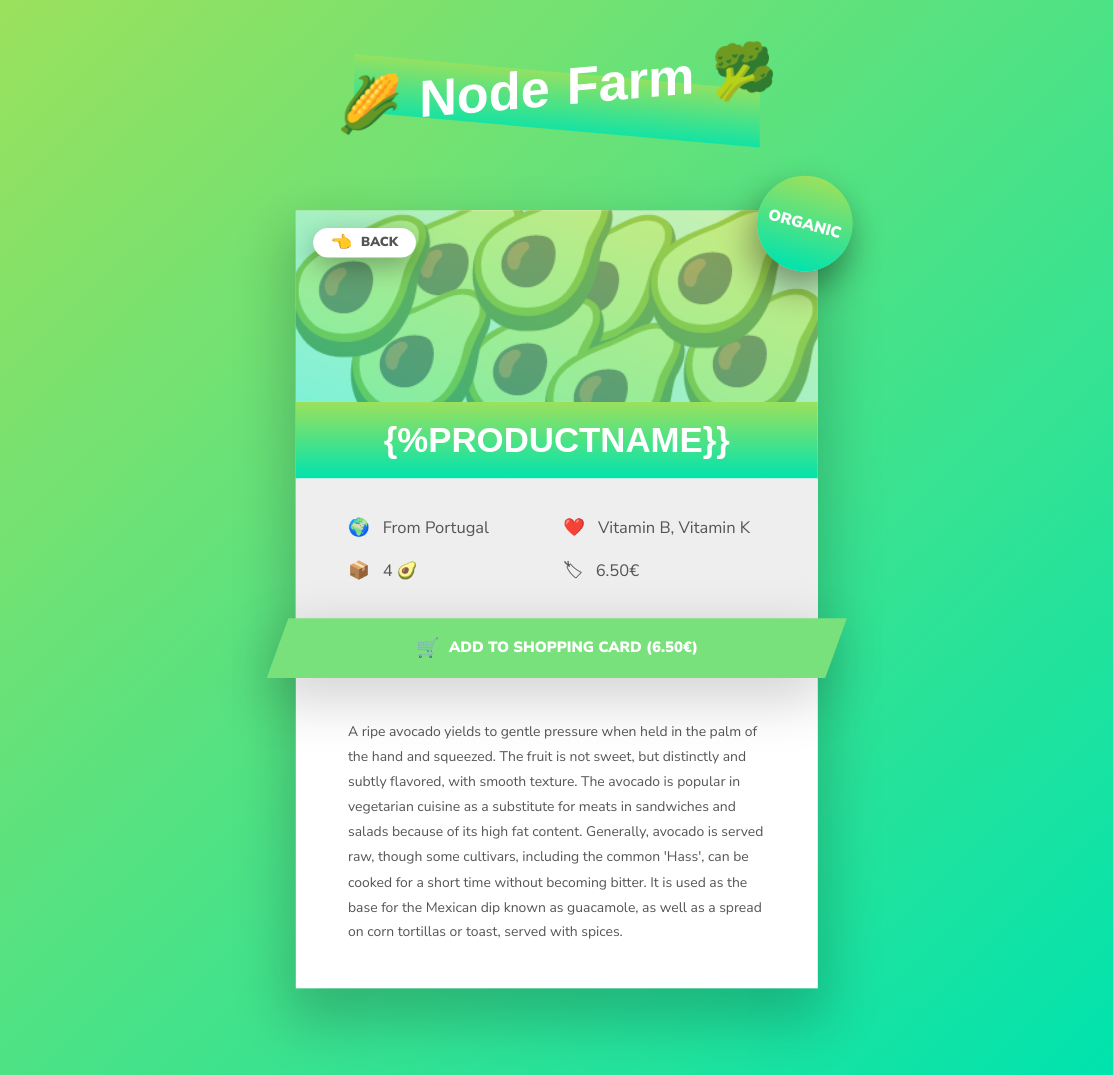
Repository: Tiantian-C/node2
Page: templates/product.html
An editor plug-in stored every save of this project. The page is shown before and after the next save, followed by the edit.
The browser window is 1280 px wide. The pictures show the whole page, at 87% of full size.
Some web fonts or font styles are not loaded; a fallback is used.

Above is the page before, as saved 2023-07-15 15:26:34.

### templates/product.html
<!DOCTYPE html>
<html lang="en">
  <head>
    <meta charset="UTF-8" />
    <meta name="viewport" content="width=device-width, initial-scale=1.0" />
    <meta http-equiv="X-UA-Compatible" content="ie=edge" />
    <link
      href="https://fonts.googleapis.com/css?family=Megrim|Nunito+Sans:400,900"
      rel="stylesheet"
    />
    <link
      rel="icon"
      href="https://emojipedia-us.s3.dualstack.us-west-1.amazonaws.com/thumbs/240/apple/155/ear-of-maize_1f33d.png"
    />

    <title>Fresh Avocados 🥑 /// NODE FARM</title>

    <style>
      *,
      *::before,
      *::after {
        margin: 0;
        padding: 0;
        box-sizing: inherit;
      }

      html {
        font-size: 62.5%;
        box-sizing: border-box;
      }

      body {
        padding: 5rem 5rem 10rem;
        line-height: 1.7;
        font-family: 'Nunito Sans', sans-serif;
        color: #555;
        min-height: 100vh;
        background: linear-gradient(to bottom right, #9be15d, #00e3ae);
      }

      h1 {
        font-family: 'Megrim', sans-serif;
        font-size: 6rem;
        color: white;
        transform: skewY(-5deg);
        text-align: center;
        position: relative;
        word-spacing: 3px;
      }

      h1::before {
        content: '';
        display: block;
        height: 65%;
        width: 49%;
        position: absolute;
        top: 105%;
        left: 50%;
        background: linear-gradient(to bottom, #9be15d, #00e3ae);
        opacity: 0.8;
        z-index: -1;
        transform: skewY(370deg) translate(-50%, -50%);
      }

      .container {
        width: 95rem;
        margin: 0 auto;
      }

      .product {
        width: 60rem;
        margin: 0 auto;
        margin-top: 9rem;
        background: white;
        box-shadow: 0 3rem 6rem 1rem rgba(0, 0, 0, 0.2);
        position: relative;
      }

      .product__hero {
        position: relative;
        height: 22rem;
        overflow: hidden;
      }

      .product__hero::before {
        content: '';
        display: block;
        height: 100%;
        width: 100%;
        position: absolute;
        top: 0;
        left: 0;
        background-image: linear-gradient(to left bottom, #9be15d, #00e3ae);
        opacity: 0.5;
        z-index: 100;
      }

      .product__emoji {
        font-size: 15rem;
        position: absolute;
      }

      .product__emoji--1 {
        top: -4rem;
        left: -2rem;
        z-index: 10;
      }

      .product__emoji--2 {
        top: -6rem;
        left: 9rem;
      }

      .product__emoji--3 {
        top: -4rem;
        right: 15rem;
      }

      .product__emoji--4 {
        top: -5rem;
        right: 2rem;
        z-index: 10;
      }

      .product__emoji--5 {
        bottom: -9rem;
        left: 18rem;
      }

      .product__emoji--6 {
        bottom: -8rem;
        left: 5rem;
      }

      .product__emoji--7 {
        bottom: -12rem;
        right: 14rem;
      }

      .product__emoji--8 {
        bottom: -8rem;
        right: -2rem;
      }

      .product__emoji--9 {
        top: -7rem;
        left: 19rem;
      }

      .product__organic {
        position: absolute;
        top: -4rem;
        right: -4rem;
        z-index: 1000;
        height: 11rem;
        width: 11rem;
        background-image: linear-gradient(to bottom, #9be15d, #00e3ae);
        border-radius: 50%;
        transform: rotate(15deg);
        box-shadow: 0 2rem 4rem rgba(0, 0, 0, 0.4);
        display: flex;
        align-items: center;
        justify-content: center;
      }

      .product__organic h5 {
        font-weight: 900;
        text-transform: uppercase;
        font-size: 1.8rem;
        color: white;
      }

      .product__back:link,
      .product__back:visited {
        position: absolute;
        top: 2rem;
        left: 2rem;
        font-size: 1.5rem;
        font-weight: 700;
        text-transform: uppercase;
        text-decoration: none;
        z-index: 1000;
        color: #555;
        background-color: white;
        box-shadow: 0 1rem 3rem rgba(0, 0, 0, 0.3);
        border-radius: 100rem;
        padding: 0 2rem;
        transition: all 0.3s;
        display: flex;
        align-items: center;
      }

      .product__back:hover,
      .product__back:active {
        background-color: #79e17b;
      }

      .product__name {
        background: linear-gradient(to bottom, #9be15d, #00e3ae);
        padding: 1rem;
        font-family: 'Megrim', sans-serif;
        font-size: 4rem;
        color: white;
        text-align: center;
        word-spacing: 2px;
      }

      .product__details {
        background-color: #eee;
        padding: 4rem 6rem;
        font-size: 1.9rem;
        display: grid;
        grid-template-columns: 1fr 1fr;
        grid-gap: 1.5rem;
      }

      .product__description {
        padding: 5rem 6rem;
        font-size: 1.6rem;
        line-height: 1.8;
      }

      .product__link:link,
      .product__link:visited {
        display: block;
        background-color: #79e17b;
        color: white;
        font-size: 1.6rem;
        font-weight: 700;
        text-transform: uppercase;
        text-decoration: none;
        padding: 1.5rem;
        text-align: center;
        transform: scale(1.07) skewX(-20deg);
        box-shadow: 0 2rem 6rem rgba(0, 0, 0, 0.2);
        display: flex;
        align-items: center;
        justify-content: center;
        transition: all 0.3s;
      }

      .product__link:hover,
      .product__link:active {
        background-color: #9be15d;
        transform: scale(1.1) skewX(-20deg);
      }

      .product__link span {
        transform: skewX(20deg);
      }

      .emoji-left {
        font-size: 2rem;
        margin-right: 1rem;
      }

      .emoji-right {
        font-size: 2rem;
        margin-left: 1rem;
      }

      .not-organic {
        display: none;
      }
    </style>
  </head>

  <body>
    <div class="container">
      <h1>🌽 Node Farm 🥦</h1>

      <figure class="product">
        <div class="product__organic"><h5>Organic</h5></div>
        <a href="#" class="product__back">
          <span class="emoji-left">👈</span>Back
        </a>
        <div class="product__hero">
          <span class="product__emoji product__emoji--1">🥑</span>
          <span class="product__emoji product__emoji--2">🥑</span>
          <span class="product__emoji product__emoji--3">🥑</span>
          <span class="product__emoji product__emoji--4">🥑</span>
          <span class="product__emoji product__emoji--5">🥑</span>
          <span class="product__emoji product__emoji--6">🥑</span>
          <span class="product__emoji product__emoji--7">🥑</span>
          <span class="product__emoji product__emoji--8">🥑</span>
          <span class="product__emoji product__emoji--9">🥑</span>
        </div>
        <h2 class="product__name">{%PRODUCTNAME}}</h2>
        <div class="product__details">
          <p><span class="emoji-left">🌍</span> From Portugal</p>
          <p><span class="emoji-left">❤️</span> Vitamin B, Vitamin K</p>
          <p><span class="emoji-left">📦</span> 4 🥑</p>
          <p><span class="emoji-left">🏷</span> 6.50€</p>
        </div>

        <a href="#" class="product__link">
          <span class="emoji-left">🛒</span>
          <span>Add to shopping card (6.50€)</span>
        </a>

        <p class="product__description">
          A ripe avocado yields to gentle pressure when held in the palm of the
          hand and squeezed. The fruit is not sweet, but distinctly and subtly
          flavored, with smooth texture. The avocado is popular in vegetarian
          cuisine as a substitute for meats in sandwiches and salads because of
          its high fat content. Generally, avocado is served raw, though some
          cultivars, including the common 'Hass', can be cooked for a short time
          without becoming bitter. It is used as the base for the Mexican dip
          known as guacamole, as well as a spread on corn tortillas or toast,
          served with spices.
        </p>
      </figure>

    </div>
  </body>
</html>

After the next save:
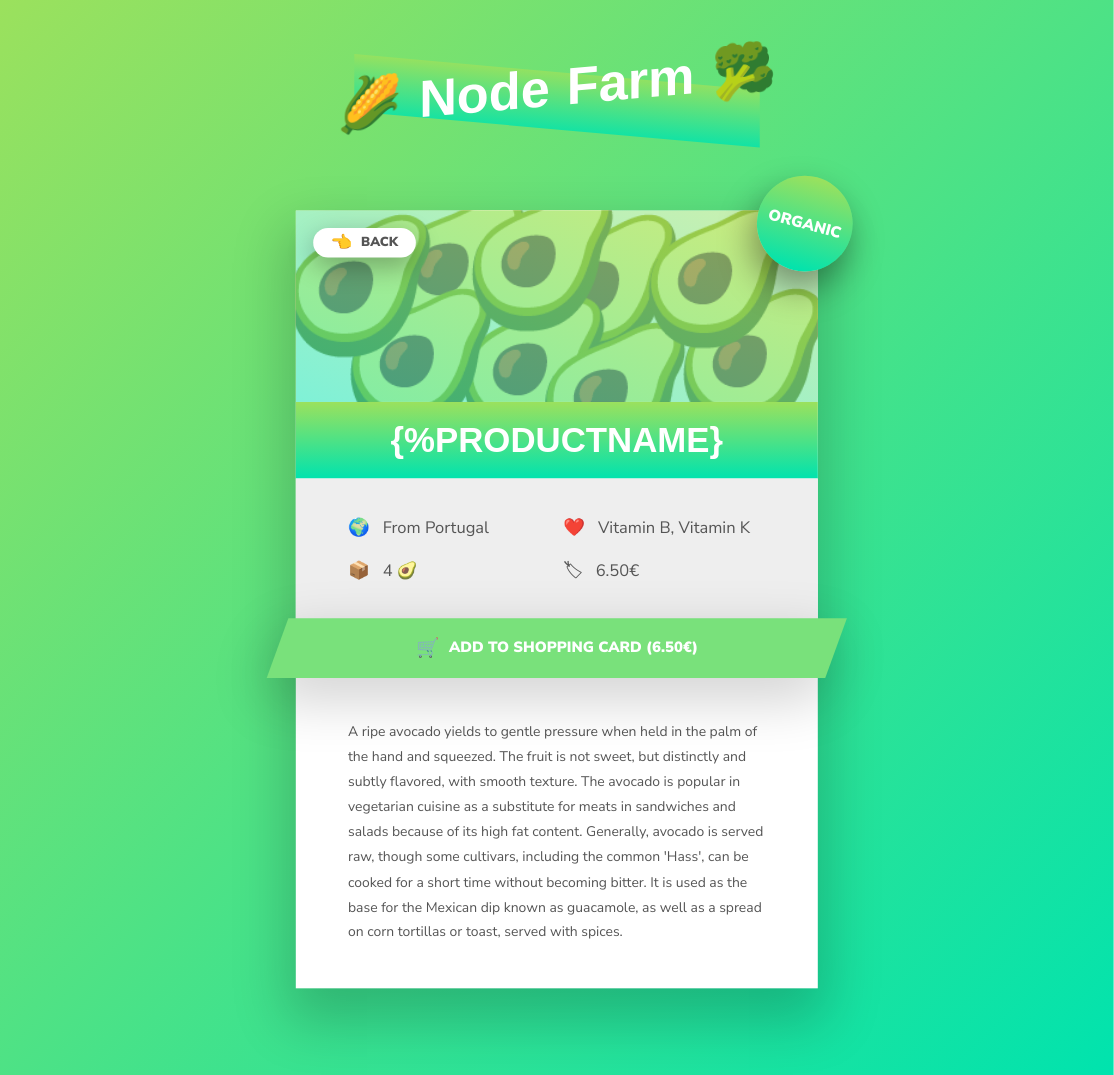
Saved 8 s later.
--- a/templates/product.html
+++ b/templates/product.html
@@ -285,7 +285,7 @@
           <span class="product__emoji product__emoji--8">🥑</span>
           <span class="product__emoji product__emoji--9">🥑</span>
         </div>
-        <h2 class="product__name">{%PRODUCTNAME}}</h2>
+        <h2 class="product__name">{%PRODUCTNAME}</h2>
         <div class="product__details">
           <p><span class="emoji-left">🌍</span> From Portugal</p>
           <p><span class="emoji-left">❤️</span> Vitamin B, Vitamin K</p>
